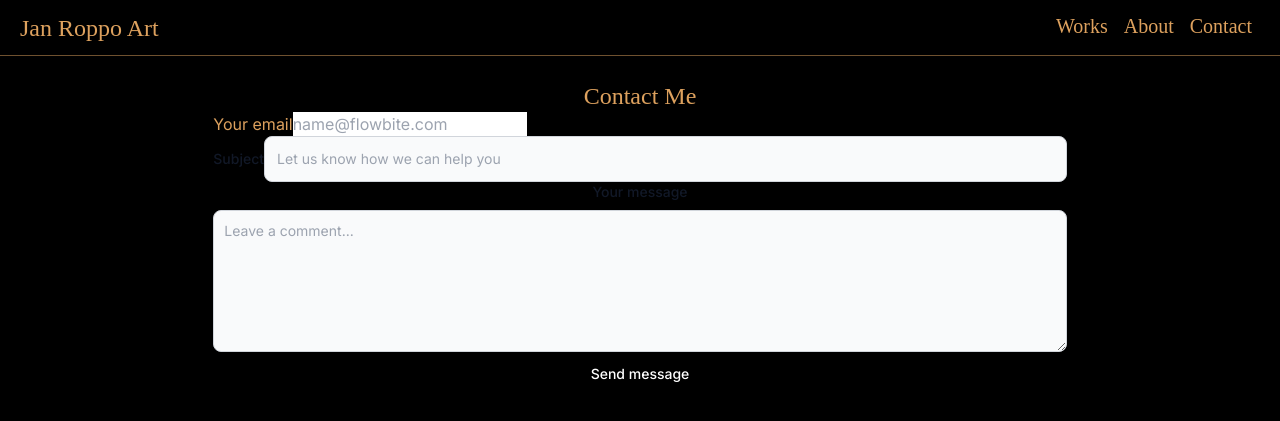
Repository: YanceMcFinn/JRArt
Page: /contact
The author's editor kept a copy of each file at every save. The page is drawn from the files as they stood at one save, then again after the next save.
The browser window is 1280 px wide. The pictures show the whole page.
The project was rebuilt for these pictures with package versions that can differ from the ones it lists, and the page was loaded fresh each time. The framework's server and built-in components were replaced by stand-ins that run in the browser. Also part of the build but not shown: next.config.js.

Above is the page before, as saved 2023-10-19 20:27:47.

After the next save:
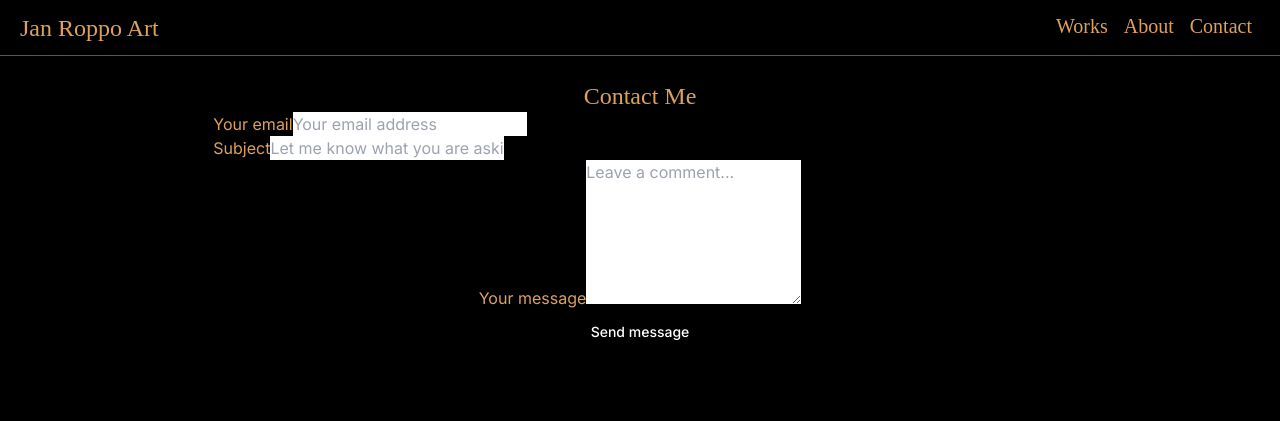
Saved 111 s later.
--- a/app/contact/page.jsx
+++ b/app/contact/page.jsx
@@ -9,15 +9,15 @@ export default function Contact() {
                 <form className='w-2/3 mx-auto'>
                     <div className='flex'>
                         <label for="email">Your email</label>
-                        <input type="email" id="email" placeholder="name@flowbite.com" required/>
+                        <input type="email" id="email" placeholder="Your email address" required/>
                     </div>
                     <div className='flex'>
-                        <label for="subject" class="content-center text-sm font-medium text-gray-900 dark:text-gray-300">Subject</label>
-                        <input type="text" id="subject" class="block p-3 w-full text-sm text-gray-900 bg-gray-50 rounded-lg border border-gray-300 shadow-sm focus:ring-primary-500 focus:border-primary-500 dark:bg-gray-700 dark:border-gray-600 dark:placeholder-gray-400 dark:text-white dark:focus:ring-primary-500 dark:focus:border-primary-500 dark:shadow-sm-light" placeholder="Let us know how we can help you" required/>
+                        <label for="subject" >Subject</label>
+                        <input type="text" id="subject" placeholder="Let me know what you are asking about!" required/>
                     </div>
                 <div class="sm:col-span-2">
-              <label for="message" class="block mb-2 text-sm font-medium text-gray-900 dark:text-gray-400">Your message</label>
-              <textarea id="message" rows="6" class="block p-2.5 w-full text-sm text-gray-900 bg-gray-50 rounded-lg shadow-sm border border-gray-300 focus:ring-primary-500 focus:border-primary-500 dark:bg-gray-700 dark:border-gray-600 dark:placeholder-gray-400 dark:text-white dark:focus:ring-primary-500 dark:focus:border-primary-500" placeholder="Leave a comment..."></textarea>
+              <label for="message" >Your message</label>
+              <textarea id="message" rows="6" placeholder="Leave a comment..."></textarea>
           </div>
           <button type="submit" class="py-3 px-5 text-sm font-medium text-center text-white rounded-lg bg-primary-700 sm:w-fit hover:bg-primary-800 focus:ring-4 focus:outline-none focus:ring-primary-300 dark:bg-primary-600 dark:hover:bg-primary-700 dark:focus:ring-primary-800">Send message</button>
       </form>
